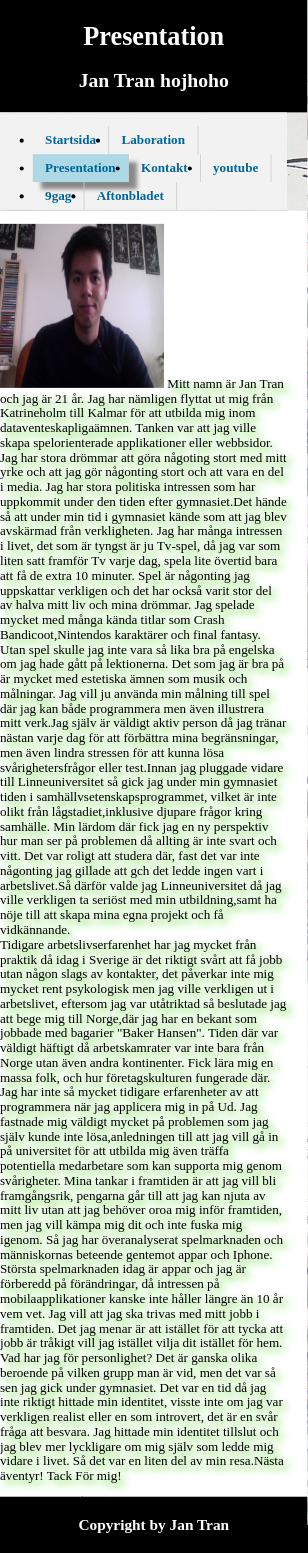
Repository: jt222ic/1ik415-jt222ic-lab-1
Page: pages/presentation.html
The author's editor kept a record of every edit. The page is drawn from the files as they stood at one moment, then again after the next edit.
The browser window is 375 px wide. The pictures show the whole page, at 82% of full size.

Above is the page before.

After the next edit:
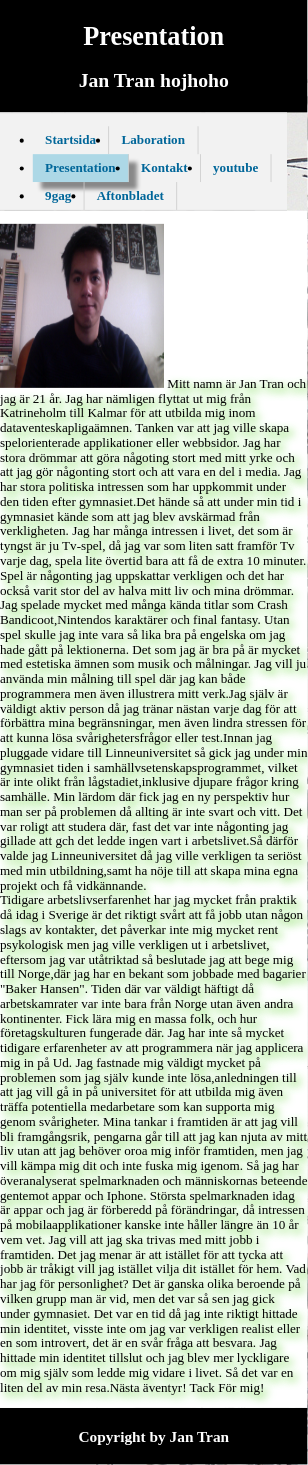
The edit:
--- a/pages/Csss/mobile.css
+++ b/pages/Csss/mobile.css
@@ -11,7 +11,7 @@
 
 #header {max-width:100%;}
 
-#section {width:350px;}
+#section {max-width:100%;}
 body{ margin:0;
 
 }
